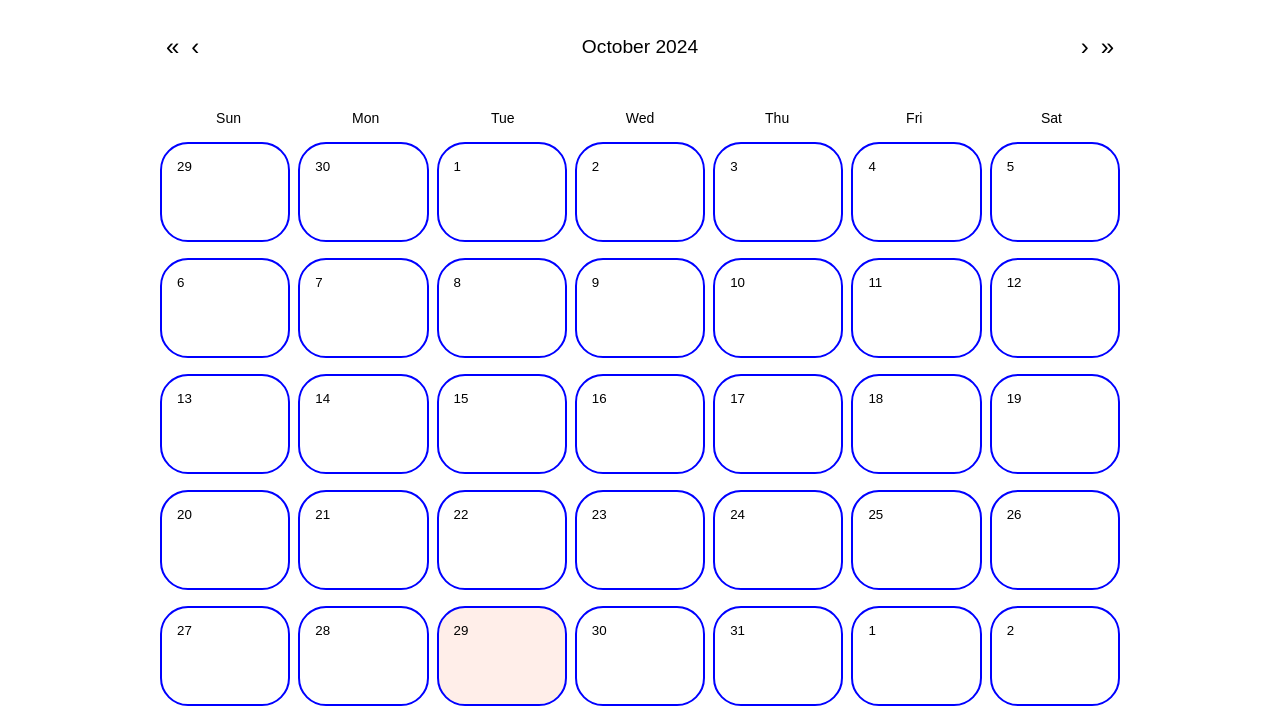
Repository: prgrms-fe-devcourse/NFE1-1-3-MOODI
Page: /
These files come from the project's save history. The page is drawn as it stood at one moment and after a run of saves; the edit follows.
The browser window is 1280 px wide. The pictures show the whole page.
The page's requests for data from a server got no answer. Some web fonts or font styles are not loaded; a fallback is used. The project was rebuilt for these pictures with package versions that can differ from the ones it lists, and the page was loaded fresh each time. No one was signed in, and anything a server would have sent is missing. Also part of the build but not shown: webpack.config.js.

Above is the page before, as saved 2024-10-29 14:40:02.

### public/index.html
<!doctype html>
<html lang="en">
    <head>
        <meta charset="UTF-8" />
        <meta http-equiv="X-UA-Compatible" content="IE=edge" />
        <meta name="viewport" content="width=device-width, initial-scale=1.0" />
        <link
            rel="stylesheet"
            type="text/css"
            href="https://cdn.jsdelivr.net/gh/orioncactus/pretendard/dist/web/static/pretendard.css"
        />
        <title>Webpack without CRA</title>
    </head>
    <body>
        <div id="root"></div>
    </body>
</html>

### src/app/Index.tsx
import React from 'react';
import ReactDOM from 'react-dom/client';
import App from './App';

const rootElement = document.getElementById('root')!;

const root = ReactDOM.createRoot(rootElement);

root.render(
    <React.StrictMode>
        <App />
    </React.StrictMode>
);

### src/app/App.tsx
import React from 'react';
import GlobalStyles from './styles/globalStyles';
import { QueryClient, QueryClientProvider } from '@tanstack/react-query';
import Calendar from '../features/calendar/index';

const queryClient = new QueryClient();

const App: React.FC = () => {
    return (
        <QueryClientProvider client={queryClient}>
            <GlobalStyles />
            <Calendar />
        </QueryClientProvider>
    );
};

export default App;

### src/app/styles/globalStyles.ts
import { createGlobalStyle } from 'styled-components';

const GlobalStyles = createGlobalStyle`

  /* CSS Reset */
  html,
  body,
  div,
  span,
  applet,
  object,
  iframe,
  h1,
  h2,
  h3,
  h4,
  h5,
  h6,
  p,
  blockquote,
  pre,
  a,
  abbr,
  acronym,
  address,
  big,
  cite,
  code,
  del,
  dfn,
  em,
  img,
  ins,
  kbd,
  q,
  s,
  samp,
  small,
  strike,
  strong,
  sub,
  sup,
  tt,
  var,
  b,
  u,
  i,
  center,
  dl,
  dt,
  dd,
  ol,
  ul,
  li,
  fieldset,
  form,
  label,
  legend,
  table,
  caption,
  tbody,
  tfoot,
  thead,
  tr,
  th,
  td,
  article,
  aside,
  canvas,
  details,
  embed,
  figure,
  figcaption,
  footer,
  header,
  hgroup,
  menu,
  nav,
  section {
    margin: 0;
    padding: 0;
    border: 0;
    font-size: 100%;
    font: inherit;
    vertical-align: baseline;
  }
  article,
  aside,
  details,
  figcaption,
  figure,
  footer,
  header,
  hgroup,
  menu,
  nav,
  section {
    display: block;
  }
  *[hidden] {
    display: none;
  }
  body {
    line-height: 1;
    font-family: 'Pretendard', sans-serif;
  }
  ol,
  ul {
    list-style: none;
  }
  blockquote,
  q {
    quotes: none;
  }
  blockquote:before,
  blockquote:after,
  q:before,
  q:after {
    content: '';
    content: none;
  }
  table {
    border-collapse: collapse;
    border-spacing: 0;
  }
  *,
  *::before,
  *::after {
    box-sizing: border-box;
  }
  body {
    margin: 0;
    padding: 0;
    overflow-y: scroll;
  }
  a{
    color: black;
    text-decoration-line: none;
  }
`;

export default GlobalStyles;

### src/features/calendar/index.tsx
import CalendarUi from './calendar-ui/CalendarUi';
import { CalendarWrapper } from './indexCss';

const Calendar = () => {
    return (
        <CalendarWrapper>
            <CalendarUi />
        </CalendarWrapper>
    );
};

export default Calendar;

### src/features/calendar/calendar-ui/CalendarUi.tsx
import { StyledCalendar, DateInnerContent } from './calendarUiCss';
import { Value } from 'react-calendar/dist/cjs/shared/types';
import { useState, useEffect } from 'react';
import moment from 'moment';
import { calendarDataFetch } from '../calendar-logic/calendarDataFetch';
import {
    getActiveMonth,
    handleTileClick
} from '../calendar-logic/calendarLogic';
import { getEmoticonPath } from '../get-emotion-path/getEmotionPath';

const CalendarUi: React.FC = () => {
    const curDate = new Date();
    const [vlu, onChange] = useState(curDate);
    const monthOfActiveDate = moment(vlu).format('YYYY-MM');
    const [activeMonth, setActiveMonth] = useState(monthOfActiveDate);
    const [fetchedData, setFetchedData] = useState<
        { id: number; created_date: string; emotion: string | null }[]
    >([]);
    const weekDays = ['Sun', 'Mon', 'Tue', 'Wed', 'Thu', 'Fri', 'Sat'];

    // fetchedData에 데이터를 저장
    const loadDates = async () => {
        const data = await calendarDataFetch(activeMonth);
        if (data) {
            const dates = data.map(
                (entry: {
                    id: number;
                    created_date: string;
                    emotion: string | null;
                }) => ({
                    id: entry.id,
                    created_date: moment(entry.created_date).format(
                        'YYYY-MM-DD'
                    ),
                    emotion: entry.emotion
                })
            );
            setFetchedData(dates);
        }
    };

    // 일기 여부에 따라 class주어주기
    const getTileClassName = (dateparam: Date): string => {
        const dateString = moment(dateparam).format('YYYY-MM-DD');
        const isCheckedDate = fetchedData.some(
            (entry) => entry.created_date === dateString
        );

        return isCheckedDate ? 'diary-date' : 'nodiary-date';
    };

    // fetchedData에서 아이템마다 id와 emotion 데이터 넣기
    const getTileContent = ({ date }: { date: Date }) => {
        const dateString = moment(date).format('YYYY-MM-DD');
        const matchedEntry = fetchedData.find(
            (entry) => entry.created_date === dateString
        );

        if (matchedEntry && matchedEntry.emotion) {
            return (
                <DateInnerContent
                    data-id={matchedEntry.id}
                    emotion={getEmoticonPath(matchedEntry.emotion)}
                    className="custom-tile-content"
                />
            );
        }
        return null; // 해당 날짜와 일치하는 데이터가 없으면 null 반환
    };

    useEffect(() => {
        loadDates();
    }, [activeMonth]);

    return (
        <StyledCalendar
            onActiveStartDateChange={({ activeStartDate }) =>
                getActiveMonth(activeStartDate, setActiveMonth)
            }
            formatDay={(locale, d) => d.getDate().toString()}
            formatShortWeekday={(locale, d) => weekDays[d.getDay()]}
            tileClassName={({ date }) => getTileClassName(date)}
            onClickDay={(date, event) => handleTileClick(event)}
            tileContent={getTileContent}
        />
    );
};

export default CalendarUi;

### src/features/calendar/indexCss.ts
import styled from 'styled-components';

export const CalendarWrapper = styled.div`
    display: flex;
    justify-content: center;
`;

### src/features/calendar/calendar-ui/calendarUiCss.ts
import Calendar, { CalendarType } from 'react-calendar';
import styled from 'styled-components';

export const StyledCalendar = styled(Calendar).attrs({
    calendarType: 'gregory' as CalendarType
})`
    width: 100%;
    max-width: 960px;
    background-color: rgba(255, 255, 255, 1);
    border: none;
    font-family: 'Pretendard', sans-serif;

    //년월컨테이너
    .react-calendar__navigation {
        display: flex;
        padding: 2rem 0;

        //년월선택ui
        button {
            border: none;
            border-radius: 10px;
            background-color: white;
            outline: none;
            font-size: 1.5rem;
            font-family: 'Pretendard', sans-serif;
            &:hover {
                background-color: rgba(0, 0, 0, 0.05);
                cursor: pointer;
            }
        }

        //년월텍스트
        .react-calendar__navigation__label {
            font-size: 1.2rem;
        }
    }

    //날짜/년월/10년 아이템
    .react-calendar__tile {
        max-width: initial !important;
        padding: 15px;
        height: 100px;
        background-color: white;
        border-radius: 28px;
        border: 1px solid rgba(0, 0, 0, 0.2);
        display: flex;
        flex-direction: column;
        justify-content: space-between;
        &:hover {
            background-color: rgba(0, 0, 0, 0.05);
            cursor: pointer;
        }
    }

    //10년박스
    .react-calendar__century-view__decades {
        display: grid !important;
        grid-template-columns: repeat(4, 1fr);
        column-gap: 0.5rem;
        row-gap: 1rem;
    }

    //년박스
    .react-calendar__decade-view__years {
        display: grid !important;
        grid-template-columns: repeat(4, 1fr);
        column-gap: 0.5rem;
        row-gap: 1rem;
    }

    //월박스
    .react-calendar__year-view__months {
        display: grid !important;
        grid-template-columns: repeat(4, 1fr);
        column-gap: 0.5rem;
        row-gap: 1rem;
    }

    //날짜박스
    .react-calendar__month-view__days {
        display: grid !important;
        grid-template-columns: repeat(7, 1fr);
        column-gap: 0.5rem;
        row-gap: 1rem;

        // 체크된 날짜 스타일
        .diary-date {
            border: 1px solid rgba(0, 0, 0, 0.2);
        }

        // 체크되지 않은 날짜 스타일
        .nodiary-date {
            border: 2px solid blue; // 파란 테두리
        }
    }

    //요일박스
    .react-calendar__month-view__weekdays {
        padding: 1rem 0;
        //요일아이템
        .react-calendar__month-view__weekdays__weekday {
            text-align: center;
            abbr {
                font-size: 14px;
                text-decoration: none;
            }
        }
    }

    //오늘날짜아이템
    .react-calendar__tile--now {
        background-color: #ffeee9;
        border: 1px solid #ff480e;
        color: black;
    }
`;

interface DateInnerContentProps {
    emotion: string | null;
}

export const DateInnerContent = styled.div<DateInnerContentProps>`
    background-image: url(${(props) => props.emotion});
    width: 40px;
    height: 40px;
    background-size: contain;
    background-repeat: no-repeat;
    align-self: flex-end;
`;

### src/features/calendar/calendar-logic/calendarDataFetch.tsx
export const calendarDataFetch = async (activeMonth: string) => {
    const split = activeMonth.split('-');
    try {
        const response = await fetch(
            `https://td3axvf8x7.execute-api.ap-northeast-2.amazonaws.com/moodi/diary?limit=40&user_email=annawa6@naver.com.com&year=${split[0]}&month=${split[1]}`
        );
        if (!response.ok) {
            throw new Error('데이터를 가져오는데 실패했습니다.');
        }
        const data = await response.json();
        return data;
    } catch (error) {
        console.error(error);
        return null;
    }
};

### src/features/calendar/calendar-logic/calendarLogic.tsx
import moment from 'moment';

export const handleTileClick = (event: React.MouseEvent<HTMLButtonElement>) => {
    const target = event.currentTarget.querySelector(
        '.custom-tile-content'
    ) as HTMLElement;
    const id = target?.getAttribute('data-id');

    if (id) {
        alert(`${id}로 이동`);
    } else {
        alert('일기 작성 페이지로 이동.');
    }
};

export const getActiveMonth = (
    activeStartDate: moment.MomentInput,
    setActiveMonth: React.Dispatch<React.SetStateAction<string>>
) => {
    const newActiveMonth = moment(activeStartDate).format('YYYY-MM');
    setActiveMonth(newActiveMonth);
};

### src/features/calendar/get-emotion-path/getEmotionPath.ts
export const getEmoticonPath = (emotion: string) => {
    const emotionMap: Record<string, string> = {
        기뻐요: 'emoji_excited',
        '자신 있어요': 'emoji_confident',
        감사해요: 'emoji_grateful',
        편안해요: 'emoji_comfortable',
        신이나요: 'emoji_excited',
        즐거워요: 'emoji_fun',
        만족스러워요: 'emoji_satisfied',
        사랑스러워요: 'emoji_lovely',
        모르겠어요: 'emoji_not_sure',
        부끄러워요: 'emoji_embarrassed',
        놀라워요: 'emoji_surprised',
        '아무생각이 없어요': 'emoji_blank',
        슬퍼요: 'emoji_sad',
        우울해요: 'emoji_depressed',
        실망스러워요: 'emoji_disappointed',
        후회돼요: 'emoji_regret',
        짜증나요: 'emoji_annoyed',
        화나요: 'emoji_angry',
        외로워요: 'emoji_lonely',
        충격받았어요: 'emoji_shocked',
        곤란해요: 'emoji_awkward'
    };

    const svgName = emotionMap[emotion];
    if (!svgName) {
        return null; // 매칭되는 감정이 없을 경우
    }

    return `emoji/${svgName}.svg`;
};

After the next 2 saves:
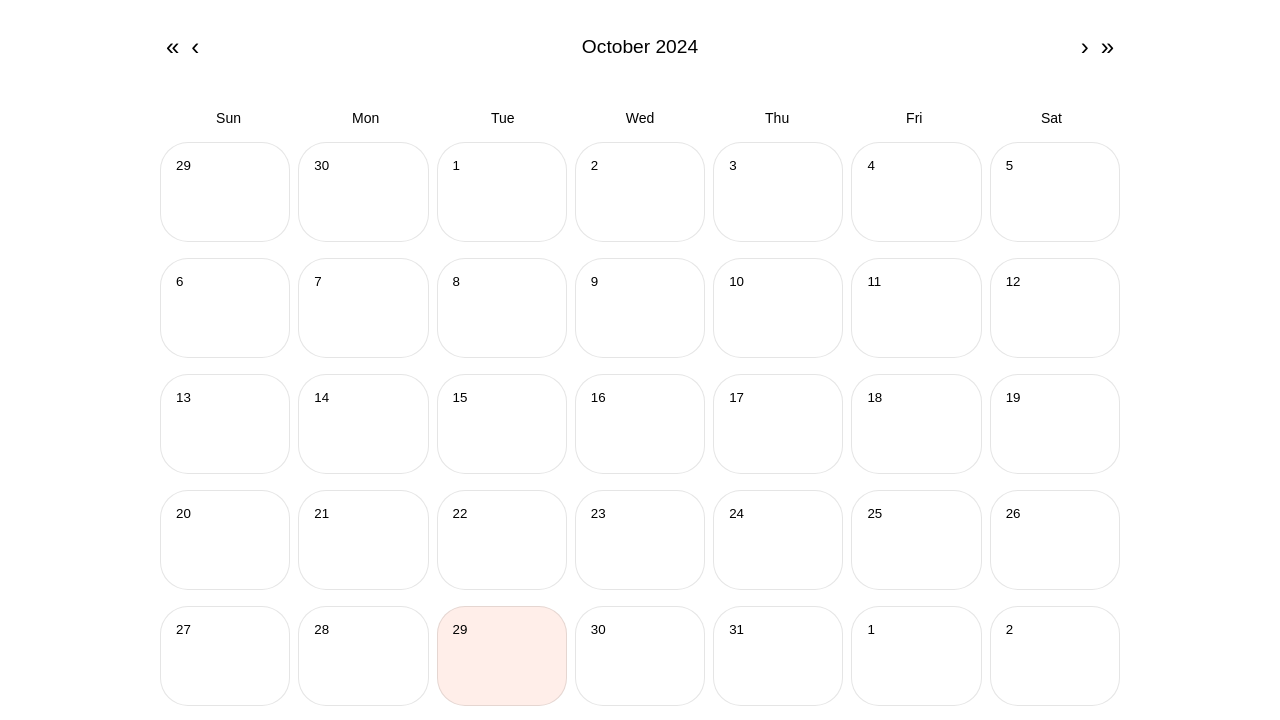
The 2 saves are shown as one change because they came seconds apart.
The last was saved 8 s later.
--- a/src/features/calendar/calendar-ui/calendarUiCss.ts
+++ b/src/features/calendar/calendar-ui/calendarUiCss.ts
@@ -90,7 +90,7 @@ export const StyledCalendar = styled(Calendar).attrs({
 
         // 체크되지 않은 날짜 스타일
         .nodiary-date {
-            border: 2px solid blue; // 파란 테두리
+            border: 1px solid rgba(0, 0, 0, 0.1);
         }
     }
 
